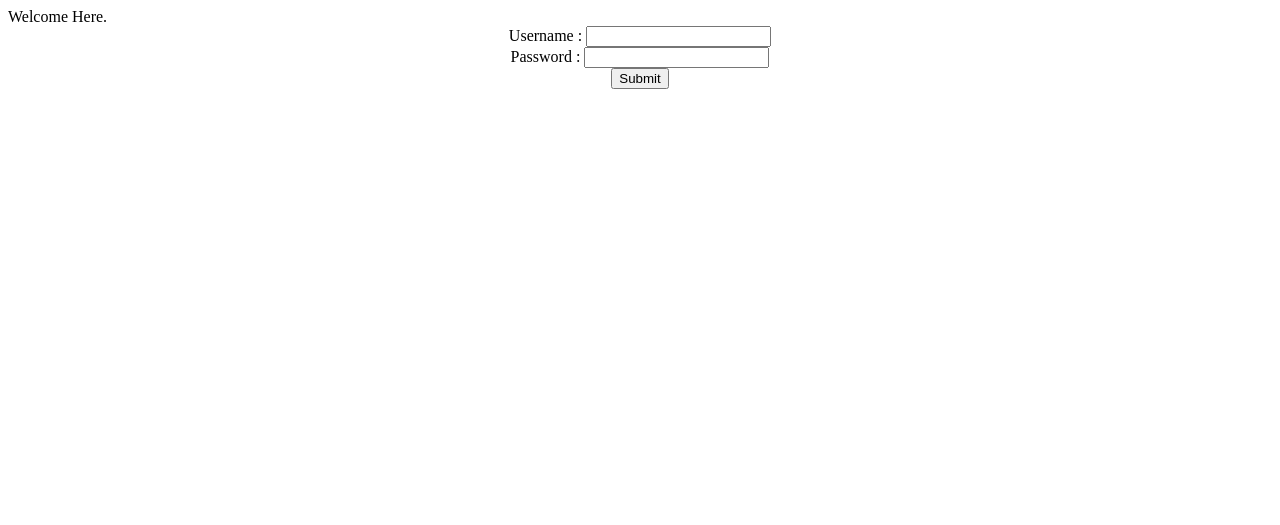
Repository: sunil965/JavaRepo
Page: WebProject/WebContent/index.html
An editor plug-in stored every save of this project. The page is shown before and after the next save, followed by the edit.
The browser window is 1280 px wide. The pictures show the whole page.

Above is the page before, as saved 2017-04-26 10:55:29.

### WebProject/WebContent/index.html
<!DOCTYPE html>
<html>
<head>
<meta charset="UTF-8">
<title>Insert title here</title>
</head>
<body>

<div><hi>Welcome Here.</hi></div>
<div>
<center>
<form action="LoginServlet" method="get">
<div>Username : <input type="text" id="name"><br></div>
<div>Password : <input type="password" id="name"><br></div>
<input type="submit">
</form>
</center>
</div>


</body>
</html>

After the next save:
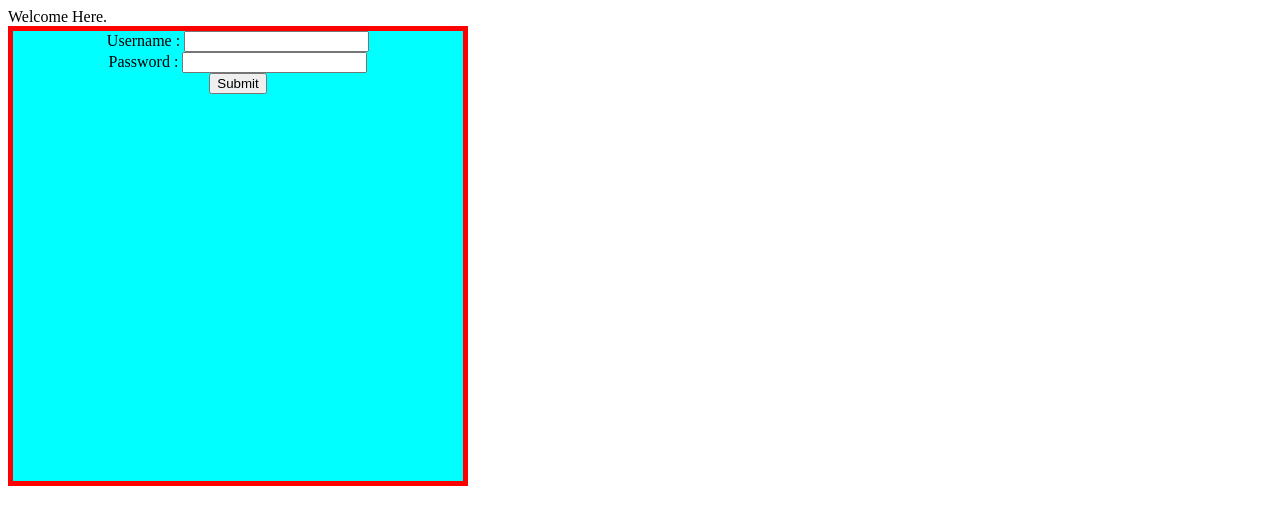
Saved 7 min 38 s later.
--- a/WebProject/WebContent/index.html
+++ b/WebProject/WebContent/index.html
@@ -4,14 +4,25 @@
 <meta charset="UTF-8">
 <title>Insert title here</title>
 </head>
+<style>
+.div{
+   border: 5px solid red;
+   height: 450px;
+   width: 450px;
+   background-color: cyan;
+
+
+}
+</style>
 <body>
 
 <div><hi>Welcome Here.</hi></div>
-<div>
+
+<div class="div">
 <center>
 <form action="LoginServlet" method="get">
-<div>Username : <input type="text" id="name"><br></div>
-<div>Password : <input type="password" id="name"><br></div>
+Username : <input type="text" id="name"><br>
+Password : <input type="password" id="name"><br>
 <input type="submit">
 </form>
 </center>
